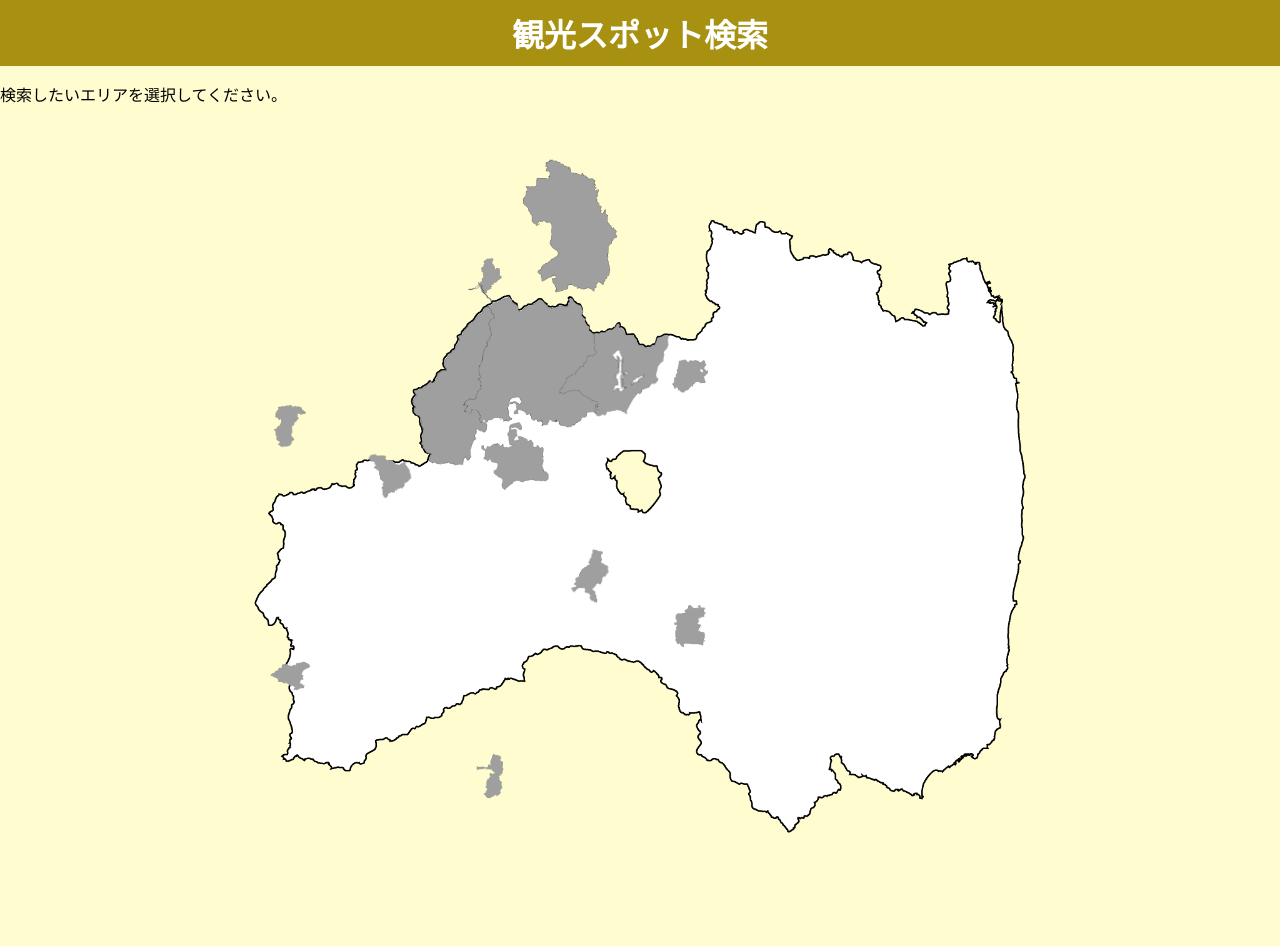
Repository: ryoutana/tanaryou.github.io
Page: Downloads/project/index.html
The author's editor kept a copy of each file at every save. The page is drawn from the files as they stood at one save, then again after a run of saves.
The browser window is 1280 px wide. The pictures show the whole page.

Above is the page before, as saved 2025-04-29 12:52:15.

After the next 8 saves:
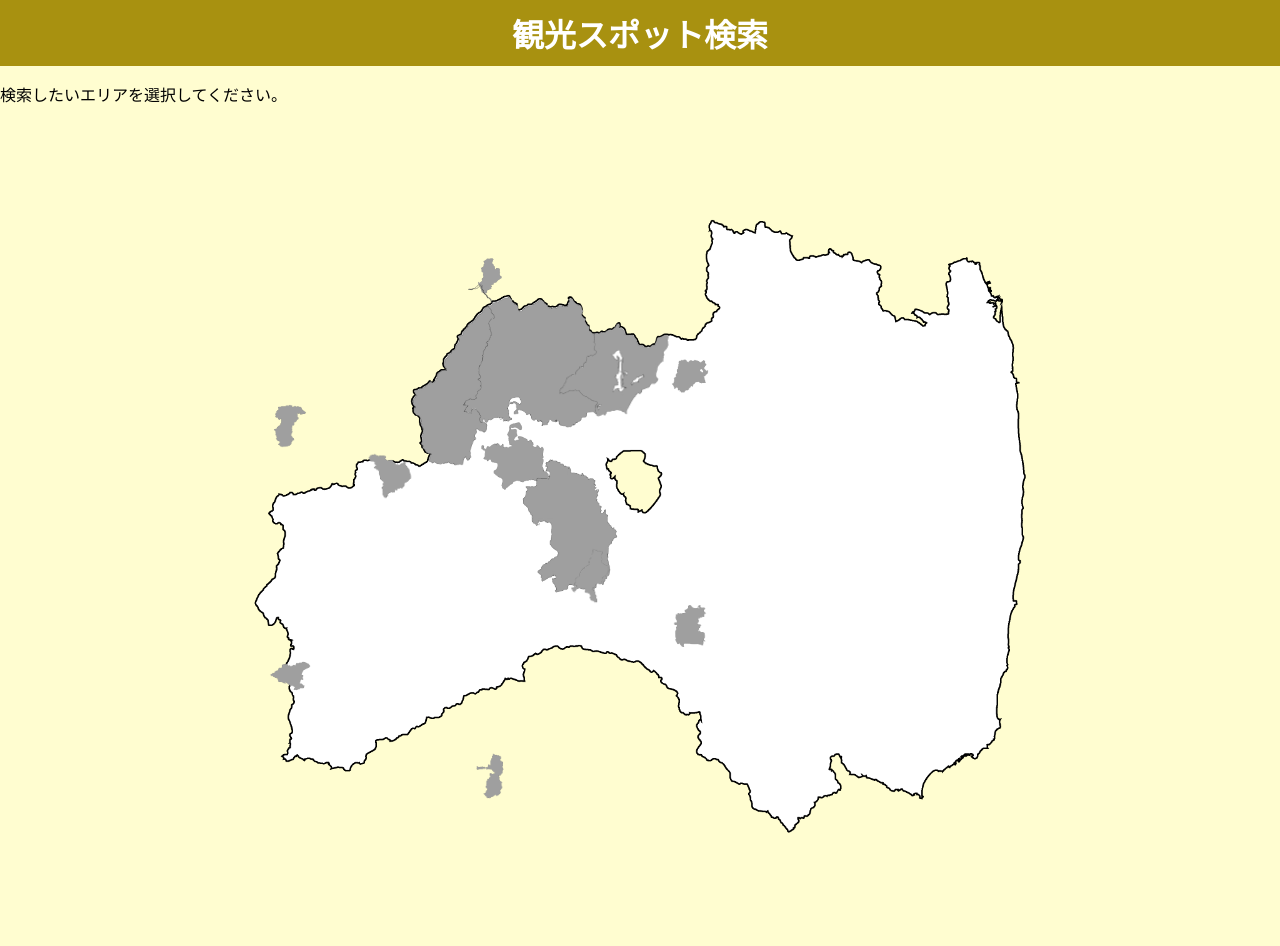
The 8 saves are shown as one change because they came seconds apart.
The last was saved 15 s later.
--- a/Downloads/project/script.js
+++ b/Downloads/project/script.js
@@ -3,7 +3,7 @@
 // スポットデータ（座標は地図画像内の相対的なピクセル位置）
 const spots = [
     { name: '会津坂下町', img: '会津坂下町(白地図).png', x: 275, y: 330, width: 80 },
-    { name: '会津若松市', img: '会津若松市(白地図).png', x: 330, y: 100, width: 150 },
+    { name: '会津若松市', img: '会津若松市(白地図).png', x: 330, y: 400, width: 150 },
     { name: '会津美里町', img: '会津美里町(白地図).png', x: 250, y: 150, width: 40 },
     { name: '喜多方市', img: '喜多方市(白地図).png', x: 291, y: 230, width: 170 },
     { name: '金山町', img: '金山町(白地図).png', x: 450, y: 250, width: 45 },
